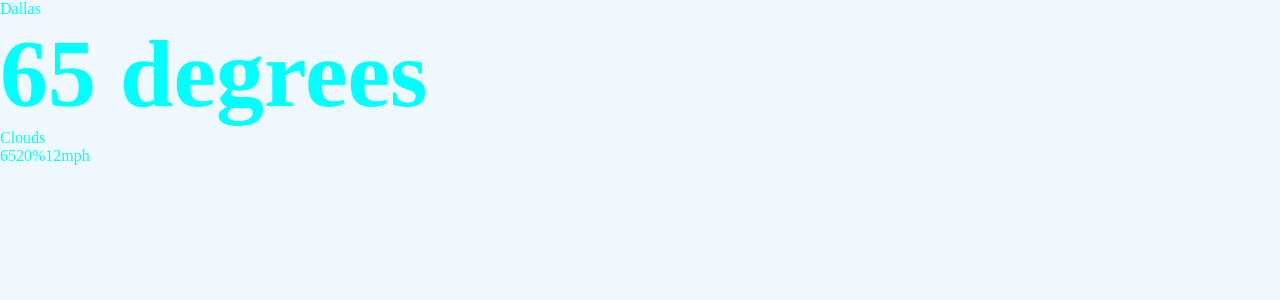
Repository: cakuang1/kanyequotes
Page: /
The author's editor kept a copy of each file at every save. The page is drawn from the files as they stood at one save, then again after the next save.
The browser window is 1280 px wide. The pictures show the whole page.
The project was rebuilt for these pictures with package versions that can differ from the ones it lists, and the page was loaded fresh each time.

Above is the page before, as saved 2022-07-16 15:25:47.

After the next save:
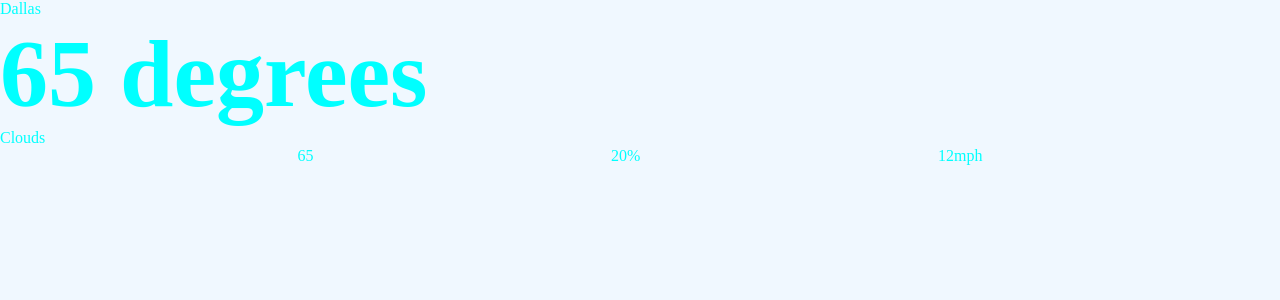
Saved 11 s later.
--- a/src/index.css
+++ b/src/index.css
@@ -20,5 +20,5 @@ h1 {
 
 .app .bottom {
     display: flex;
-    justify-content: spac;
+    justify-content: space-evenly;
 }
